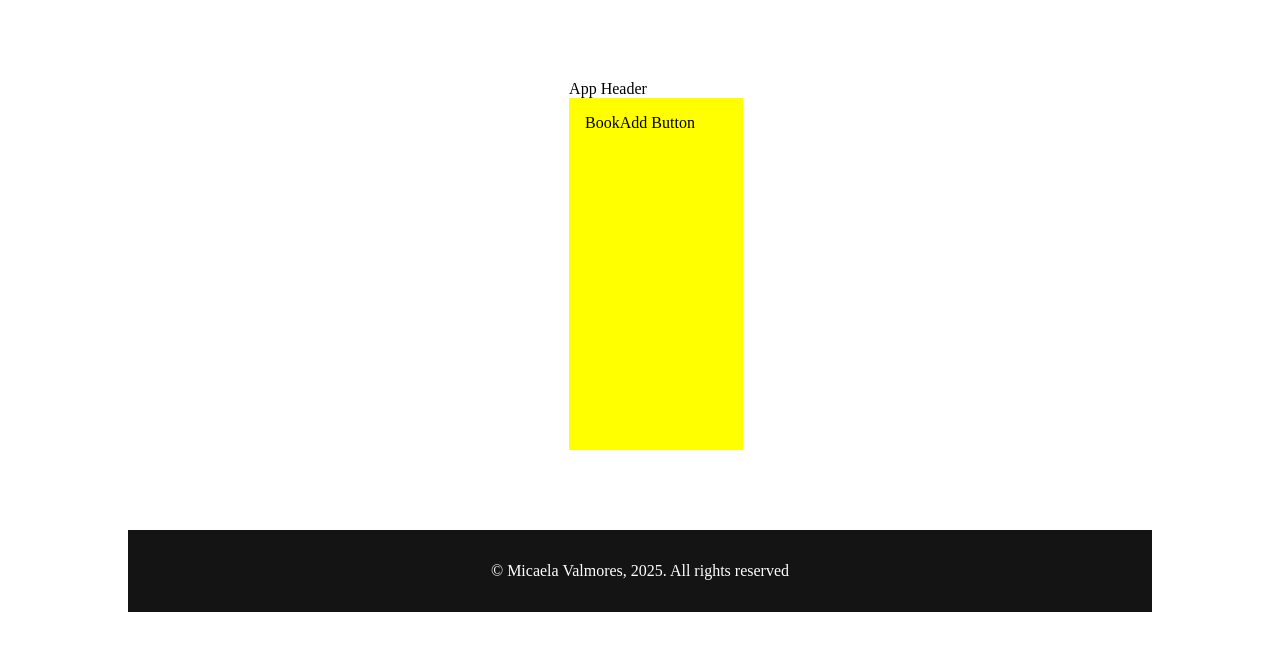
Repository: Micaelavalmores/COMP3170-Data-Fetching
Page: /
These files come from the project's save history. The page is drawn as it stood at one moment and after the next save; the edit follows.
The browser window is 1280 px wide. The pictures show the whole page.
The project was rebuilt for these pictures with package versions that can differ from the ones it lists, and the page was loaded fresh each time. Also part of the build but not shown: vite.config.js.

Above is the page before, as saved 2025-09-22 17:59:09.

### index.html
<!doctype html>
<html lang="en">
  <head>
    <meta charset="UTF-8" />
    <meta name="viewport" content="width=device-width, initial-scale=1.0" />
    <title>Book Catalog</title>
  </head>
  <body>
    <div id="root"></div>
    <script type="module" src="/src/main.jsx"></script>
  </body>
</html>

### src/index.css
body {
  margin: 0 auto;
}

.app {
  display: flex;
  flex-direction: column;
  width: 80%;
  margin: 0 auto;
  background: #fff;
  min-height: 100%;
  justify-content: space-between;

  footer {
    padding: 0;
    background: #141414;
    color: #fff;

    p {
        text-align: center;
        padding: 1em 0;
    }
  }

  .content {
    margin: 2em auto;
    padding: 3em 0;
  }

  .mainContent {
    height: 20em;
    width: 100%;
    background: yellow;
    padding: 1em;
    margin: 0;
  }

}

### src/App.jsx
import Footer from "./components/Footer";
import Book from "./components/Book";
import AppHeader from "./components/AppHeader";
import AddButton from "./components/AddButton";


function App () {
  return (
    <div className="app">
      <section className="content">
        <AppHeader />
        <div className="mainContent">
          <Book />
          <AddButton />
        </div>
      </section>
        <Footer />
    </div>
  )
}

export default App;

### src/components/Footer.jsx
function Footer() {
    return (
        <footer>
            <p>&copy; Micaela Valmores, 2025. All rights reserved</p>
        </footer>
    );
}

export default Footer;

### src/components/Book.jsx
function Book () {
    return 'Book';
}

export default Book;

### src/components/AppHeader.jsx


function AppHeader () {
    return 'App Header';
}

export default AppHeader;

### src/components/AddButton.jsx
function AddButton () {
    return `Add Button`;
}

export default AddButton;

Loaded but not shown: src/main.jsx (common file)

After the next save:
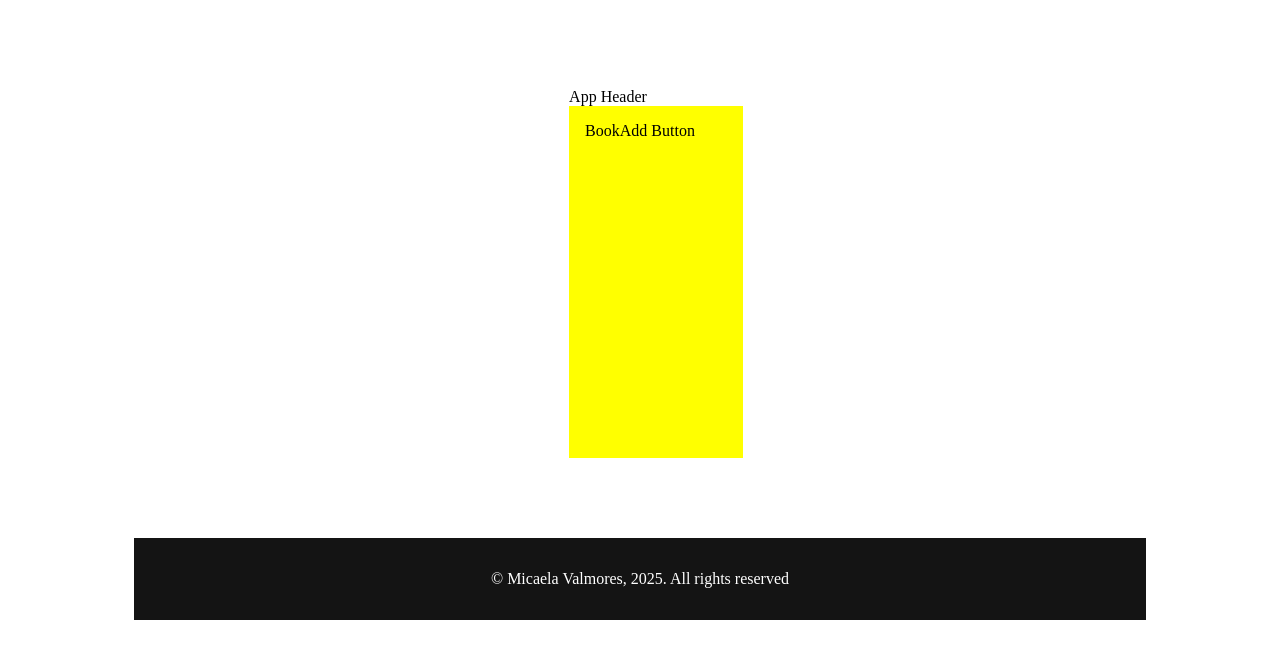
Saved 8 s later.
--- a/src/index.css
+++ b/src/index.css
@@ -1,6 +1,6 @@
-body {
+/* body {
   margin: 0 auto;
-}
+} */
 
 .app {
   display: flex;
